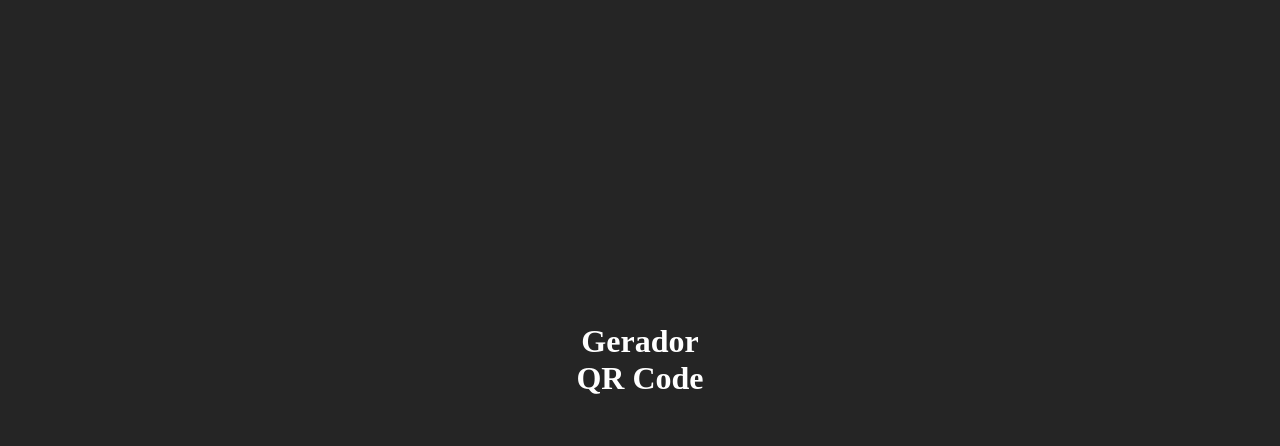
Repository: odiloalmeida/qrcode-generator
Page: /
The author's editor kept a copy of each file at every save. The page is drawn from the files as they stood at one save, then again after the next save.
The browser window is 1280 px wide. The pictures show the whole page.
The project was rebuilt for these pictures with package versions that can differ from the ones it lists, and the page was loaded fresh each time. Also part of the build but not shown: vite.config.js.

Above is the page before, as saved 2022-11-22 18:31:05.

After the next save:
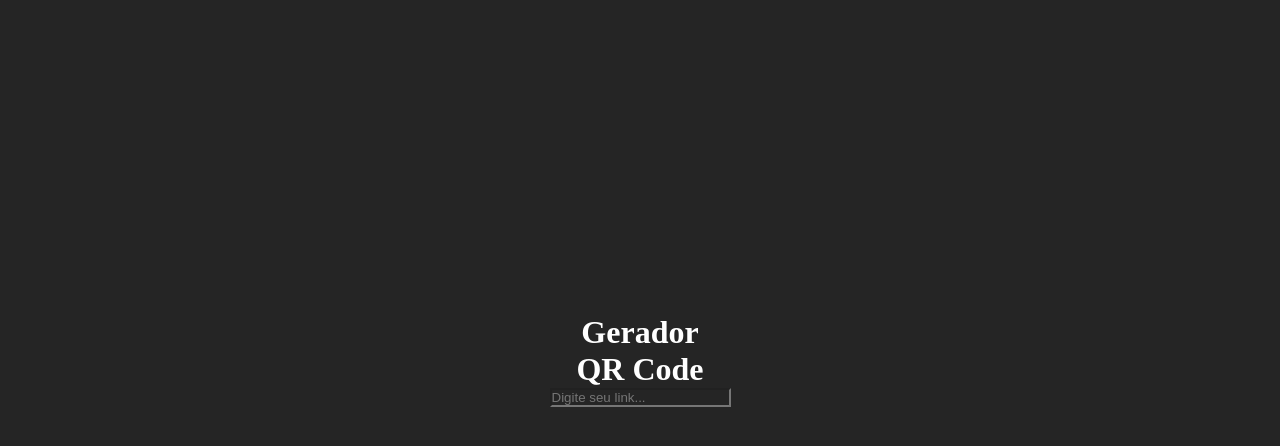
Saved 12 min 12 s later.
--- a/src/App.jsx
+++ b/src/App.jsx
@@ -8,6 +8,8 @@
     <div className="App">
        <h1>Gerador</h1>
        <h1>QR Code</h1>
+       <input
+       placeholder='Digite seu link...'/>
     </div>
   )
 }
